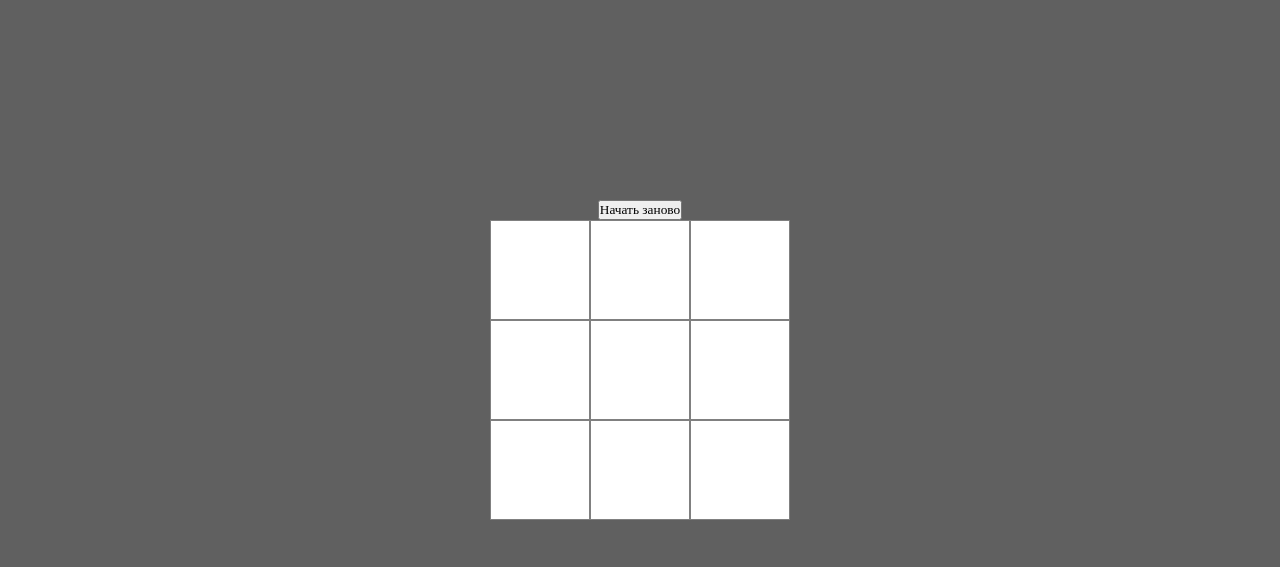
Repository: Minkeani/TIC-TAC_TOE
Page: /
An editor plug-in stored every save of this project. The page is shown before and after the next save, followed by the edit.
The browser window is 1280 px wide. The pictures show the whole page.
Some web fonts or font styles are not loaded; a fallback is used. The project was rebuilt for these pictures with package versions that can differ from the ones it lists, and the page was loaded fresh each time.

Above is the page before, as saved 2022-05-22 16:28:23.

After the next save:
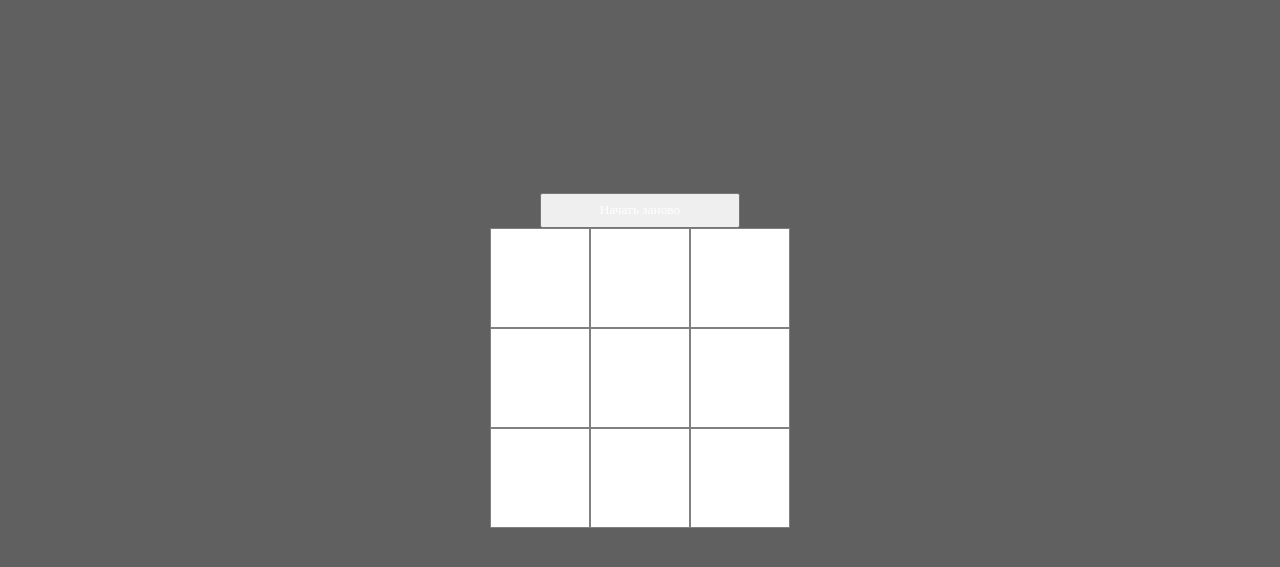
Saved 101 s later.
--- a/src/components/Game.css
+++ b/src/components/Game.css
@@ -7,3 +7,11 @@
     justify-content: center;
     flex-direction: column
 }
+
+.startNewGame {
+    width: 200px;
+    height: 35px;
+    margin-botton: 25px;
+    cursor: pointer;
+    color: white;
+}
